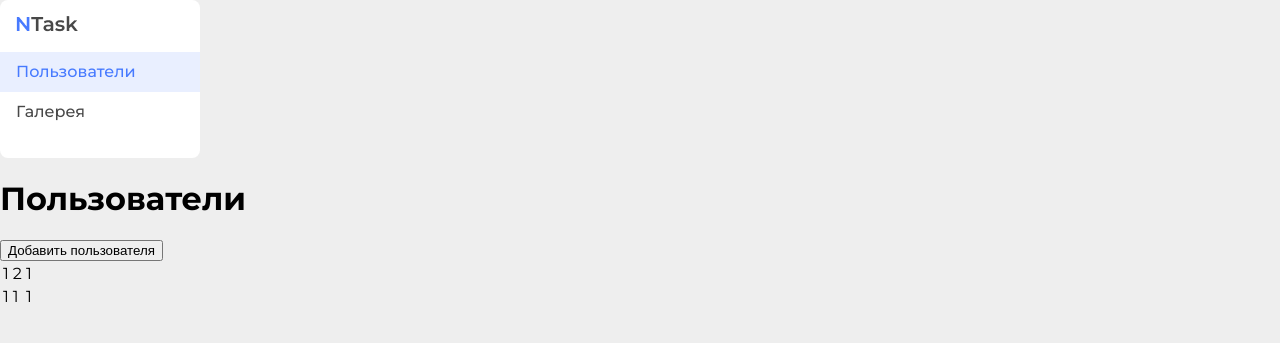
Repository: Grid-Master/NTask
Page: /
The author's editor kept a copy of each file at every save. The page is drawn from the files as they stood at one save, then again after the next save.
The browser window is 1280 px wide. The pictures show the whole page.
The project was rebuilt for these pictures with package versions that can differ from the ones it lists, and the page was loaded fresh each time. Also part of the build but not shown: src/components/userList/userList.sass.

Above is the page before, as saved 2023-06-04 19:11:09.

After the next save:
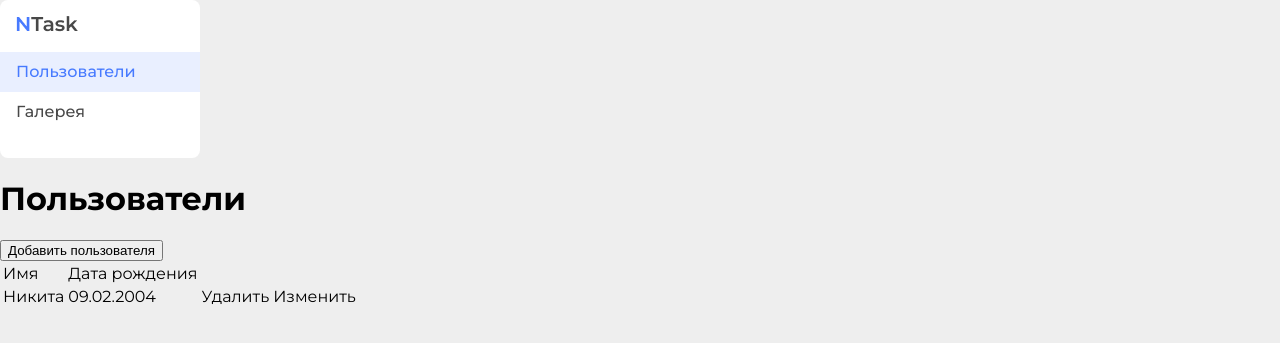
Saved 82 s later.
--- a/src/components/userList/UserList.tsx
+++ b/src/components/userList/UserList.tsx
@@ -10,14 +10,16 @@ const UserList: FC = () => {
       </div>
       <table>
         <tr>
-          <td>1</td>
-          <td>2</td>
-          <td>1</td>
+          <td>Имя</td>
+          <td>Дата рождения</td>
+          <td></td>
+          <td></td>
         </tr>
         <tr>
-          <td>1</td>
-          <td>1</td>
-          <td>1</td>
+          <td>Никита</td>
+          <td>09.02.2004</td>
+          <td>Удалить</td>
+          <td>Изменить</td>
         </tr>
       </table>
     </div>
